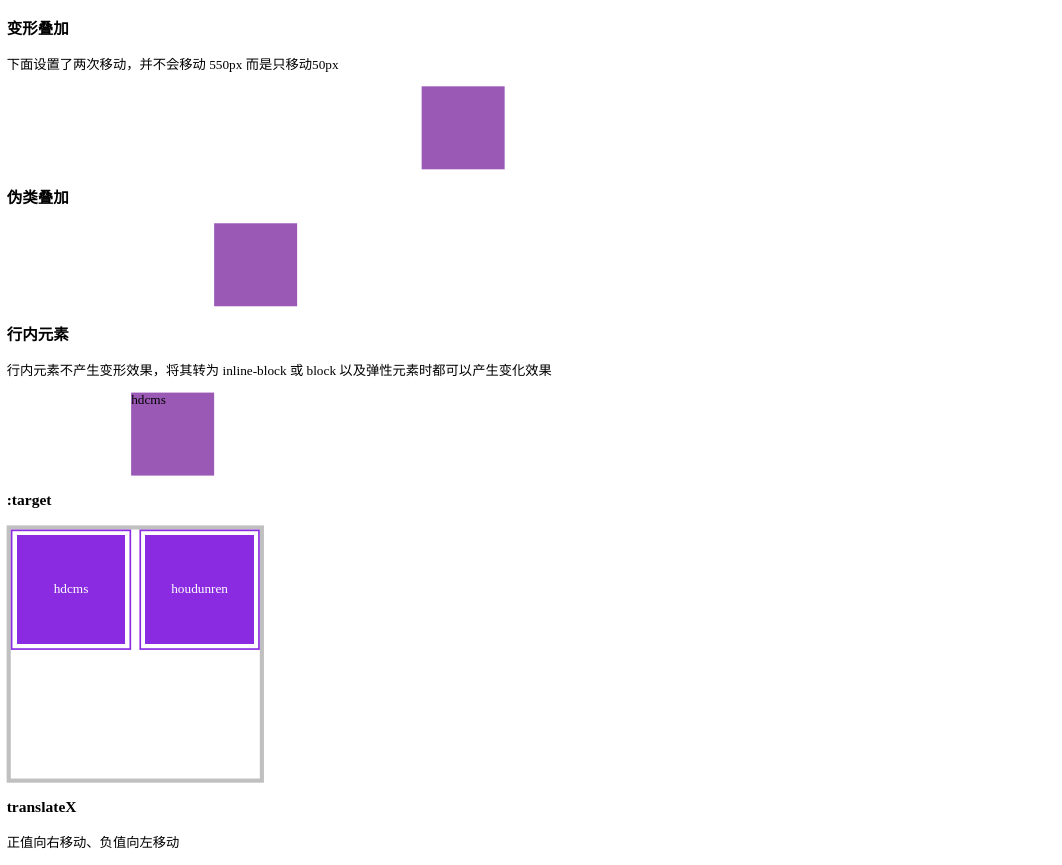
Repository: Aissd/animateDemo
Page: translate.html
These files come from the project's save history. The page is drawn as it stood at one moment and after the next save; the edit follows.
The browser window is 1280 px wide. The pictures show the whole page, at 83% of full size.

Above is the page before, as saved 2020-05-11 21:58:05.

After the next save:
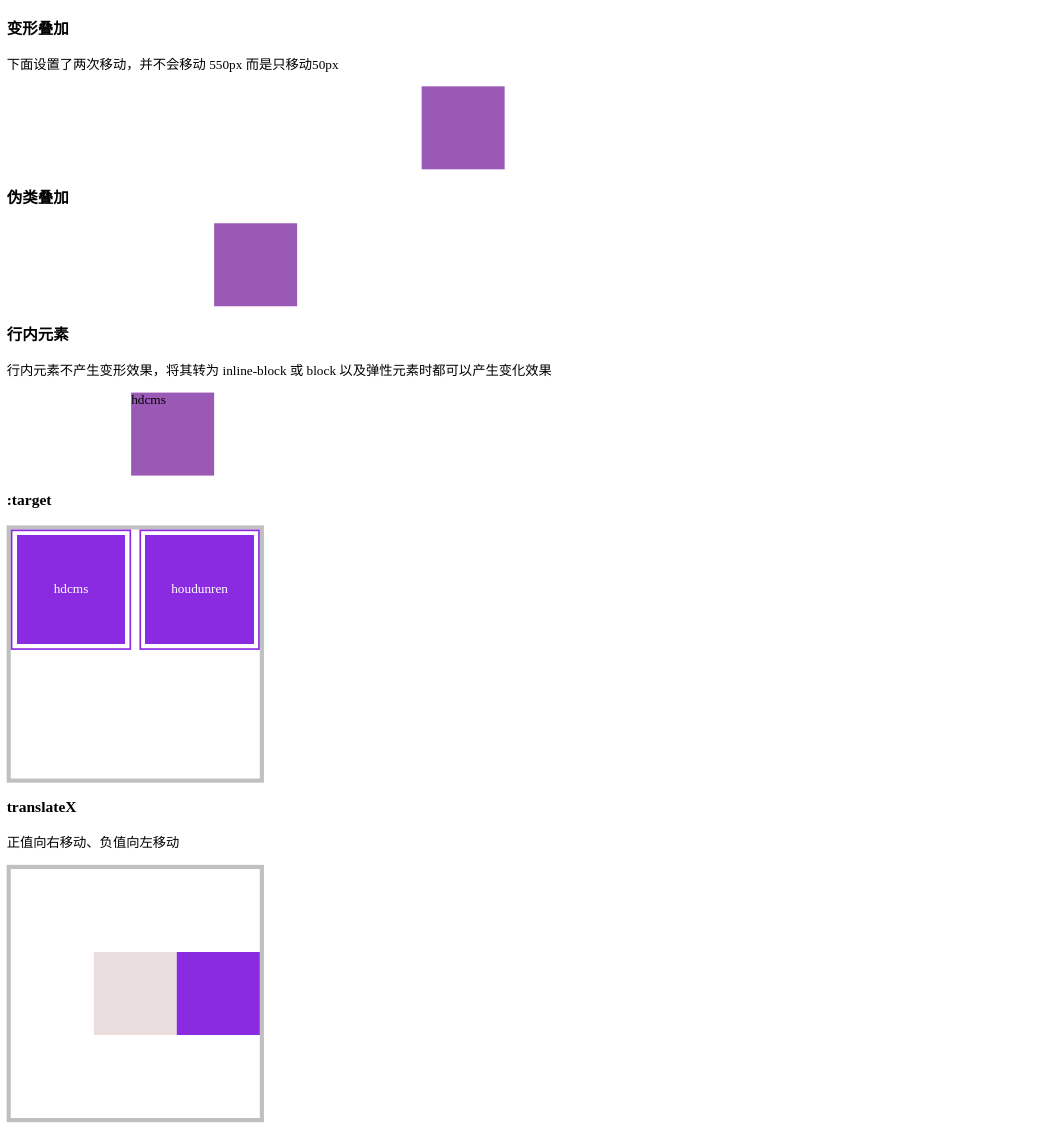
Saved 85 s later.
--- a/css/translate.css
+++ b/css/translate.css
@@ -78,3 +78,31 @@
     transform: translateY(150px);
     box-shadow: 0 0 10px #ddd;
 }
+
+
+.demo05 {
+    width: 300px;
+    height: 300px;
+    position: relative;
+    border: solid 5px silver;
+}
+
+.demo05 div {
+    width: 100px;
+    height: 100px;
+    background: blueviolet;
+    box-sizing: border-box;
+    position: absolute;
+    left: 50%;
+    margin-left: -50px;
+    top: 50%;
+    margin-top: -50px;
+}
+
+.demo05 div:nth-child(1) {
+    background: #e9dddd;
+}
+
+.demo05 div:nth-child(2) {
+    transform: translateX(100px);
+}
